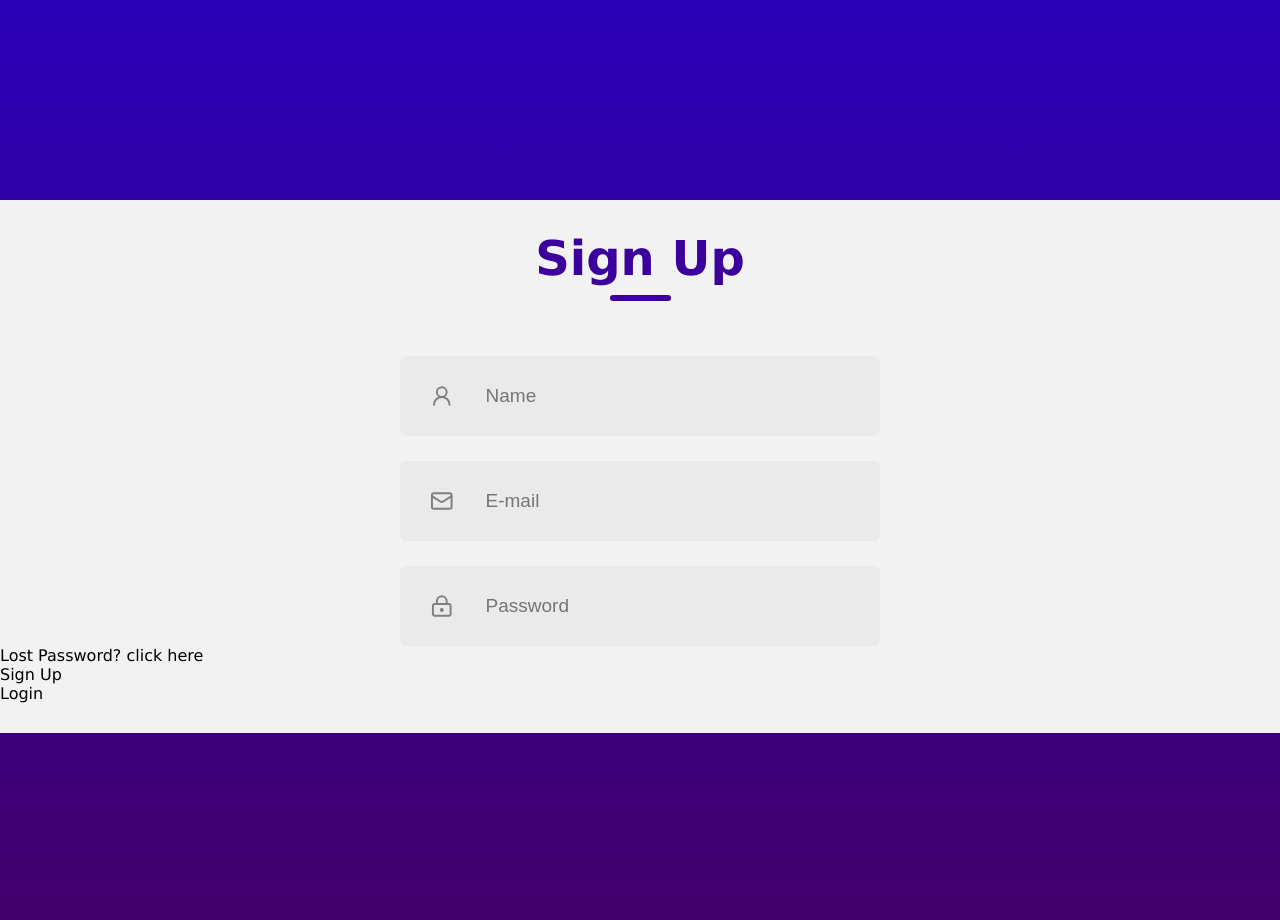
Repository: guilhermecardoso93/login-page
Page: /
The author's editor kept a copy of each file at every save. The page is drawn from the files as they stood at one save, then again after the next save.
The browser window is 1280 px wide. The pictures show the whole page.
The project was rebuilt for these pictures with package versions that can differ from the ones it lists, and the page was loaded fresh each time. Also part of the build but not shown: vite.config.js.

Above is the page before, as saved 2024-10-22 19:29:21.

After the next save:
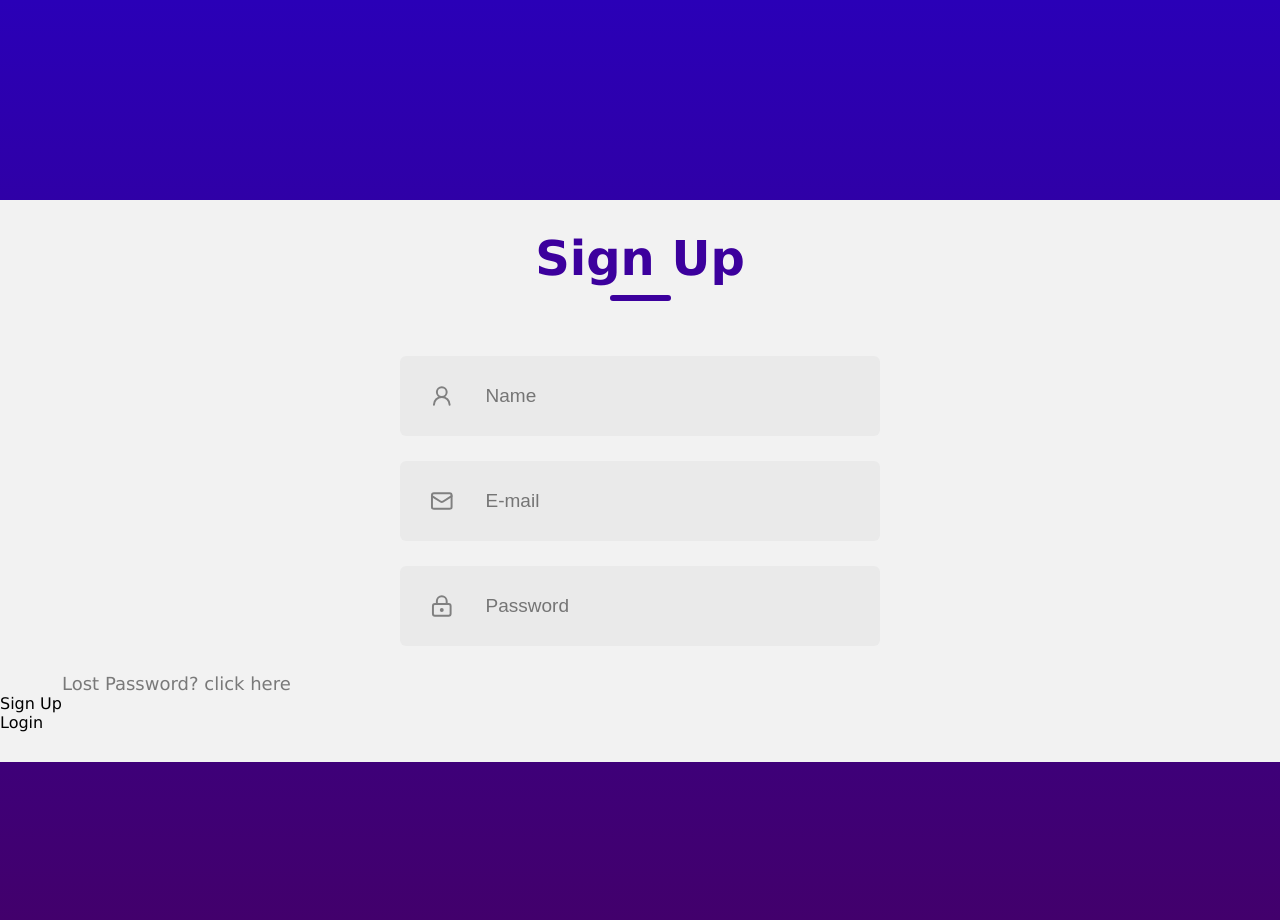
Saved 37 s later.
--- a/src/components/Login/Login.css
+++ b/src/components/Login/Login.css
@@ -62,5 +62,8 @@ header span {
 }
 
 .forgot-password {
-
+  padding-left: 62px;
+  margin-top: 27px;
+  color: #797979;
+  font-size: 18px;
 }
